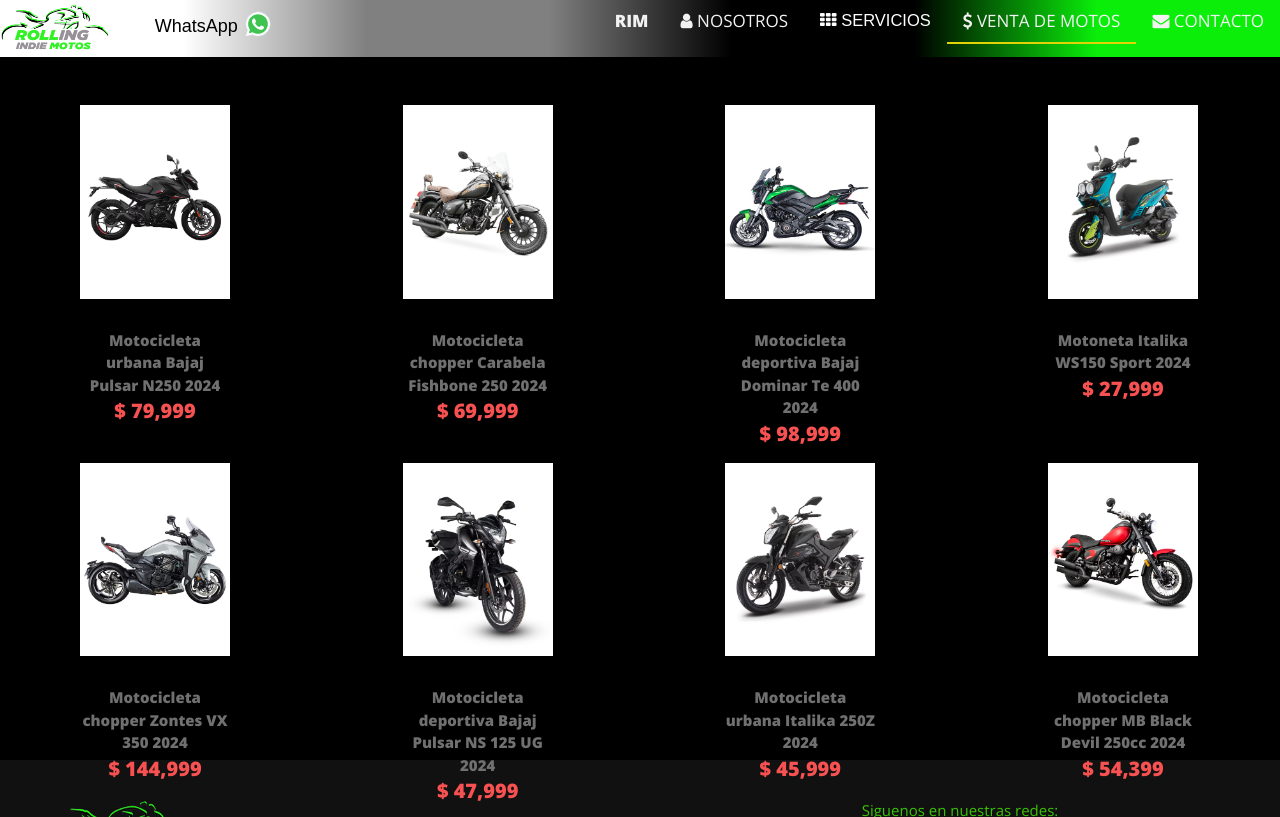
Repository: UVMCoyoacan/eq03_sitio1
Page: 4.0 venta-de-motos.html
The author's editor kept a copy of each file at every save. The page is drawn from the files as they stood at one save, then again after the next save.
The browser window is 1280 px wide. The pictures show the part of the page from y = 0 to 817 px (the page is 1237 px tall before and 1317 px after).
A picture or video elsewhere on the page could not be fetched, so the positions and the page height are approximate.

Above is the page before, as saved 2024-04-12 19:57:22.

After the next save:
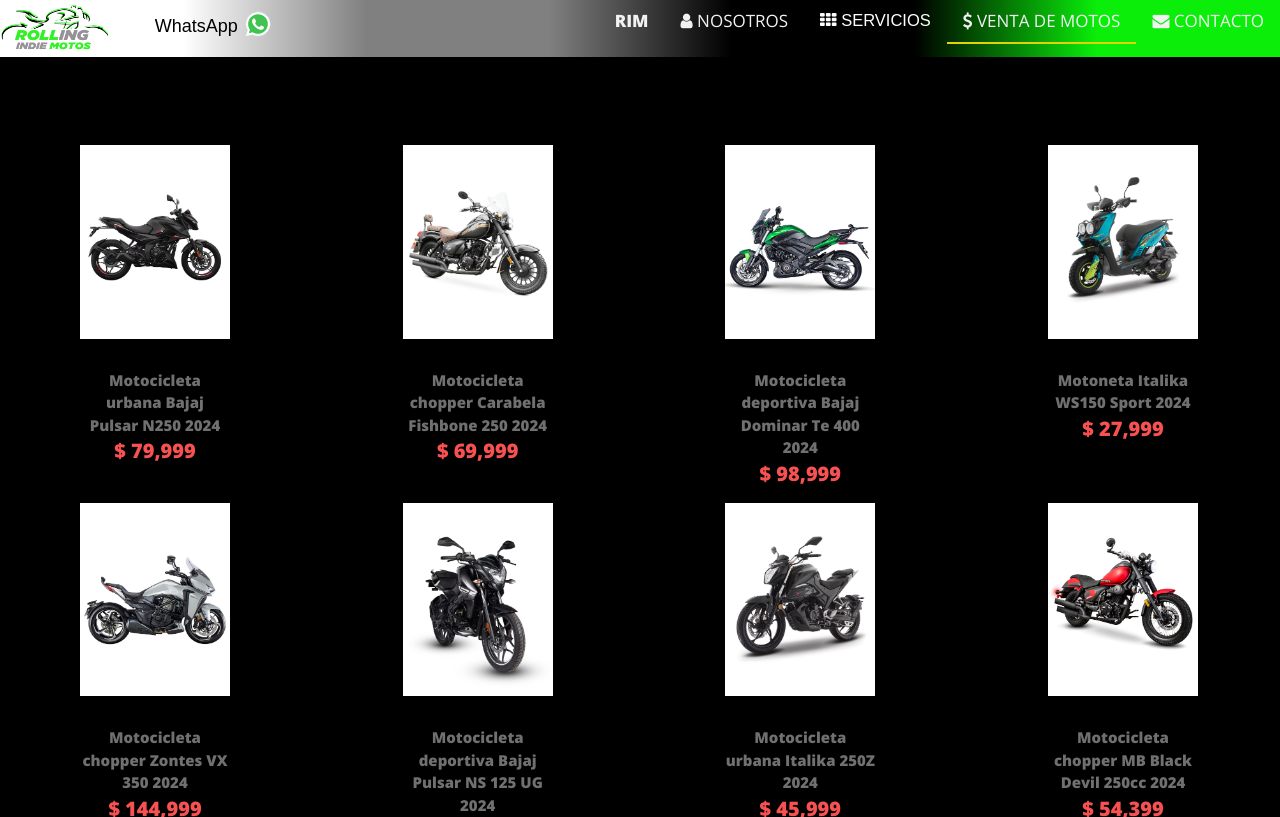
Saved 21 s later.
--- a/Estilos/4.0 ventademotos.css
+++ b/Estilos/4.0 ventademotos.css
@@ -8,7 +8,7 @@
 .contenido{
     max-width: 1200px;
     width: 100%;
-    margin: 0px auto;
+    margin: 40px auto;
     display: flex;
 }
 .mostrador{
@@ -50,7 +50,7 @@
     font-size: 20px;
 }
 .seleccion{
-    transition: .1s ease;
+    transition: .5s ease;
     opacity: 0;
     width: 0%;
     border: 1px solid #ccc;
